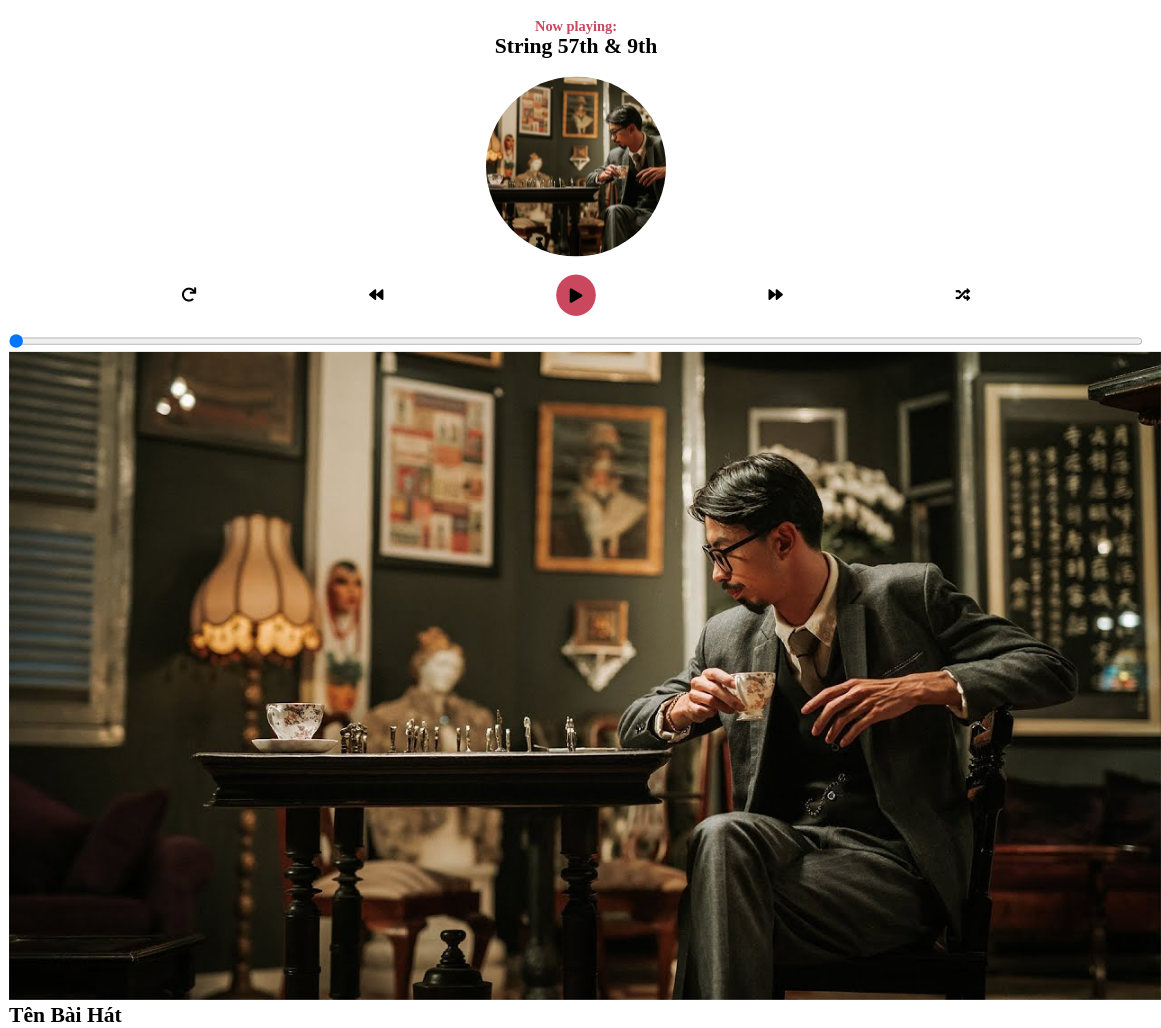
Repository: dovanthao2404/AppMusicPlayer
Page: index.html
These files come from the project's save history. The page is drawn as it stood at one moment and after the next save; the edit follows.
The browser window is 1280 px wide. The page is 1290 px wide, then 1280 px, so the pictures cover 1290 px, including what lies to the right of the window. The pictures show the whole page, at 90% of full size.

Above is the page before, as saved 2021-06-28 02:20:32.

### index.html
<!DOCTYPE html>
<html lang="en">

<head>
  <meta charset="UTF-8">
  <meta http-equiv="X-UA-Compatible" content="IE=edge">
  <meta name="viewport" content="width=device-width, initial-scale=1.0">
  <title>Music</title>
  <!-- FONTAWESOME -->
  <link rel="stylesheet" href="https://cdnjs.cloudflare.com/ajax/libs/font-awesome/5.15.3/css/all.min.css"
    integrity="sha512-iBBXm8fW90+nuLcSKlbmrPcLa0OT92xO1BIsZ+ywDWZCvqsWgccV3gFoRBv0z+8dLJgyAHIhR35VZc2oM/gI1w=="
    crossorigin="anonymous" referrerpolicy="no-referrer" />
  <!-- MAIN CSS -->
  <link rel="stylesheet" href="./css/app.css">
</head>

<body>
  <div class="player">
    <div class="dashboards">
      <!-- HEADER -->
      <header>
        <h4>Now playing:</h4>
        <h2>String 57th & 9th</h2>
      </header>

      <!-- CD -->
      <div id="cd" class="cd">
        <div class="thumb">
          <img src="./img/loinho.jpg" alt="">
        </div>
      </div>

      <!-- CONTROL -->
      <div class="controls" class="controls">
        <div class="btn btn-repeat">
          <i class="fa fa-redo"></i>
        </div>
        <div class="btn btn-prev">
          <i class="fa fa-backward"></i>
        </div>
        <div class="btn btn-toggle-play">
          <i class="fa fa-play"></i>
          <i class="fa fa-pause"></i>
        </div>
        <div class="btn btn-next">
          <i class="fa fa-forward"></i>
        </div>
        <div class="btn btn-random">
          <i class="fa fa-random"></i>
        </div>
      </div>

      <!-- PROGRESS -->
      <input id="progress" class="progress" value="0" step="1" min="0" max="100" type="range">

      <!-- AUDIO -->
      <audio id="audio" src=""></audio>

      <!-- PLAY LIST -->
      <div class="playlist">
        <div class="song">
          <img src="./img/loinho.jpg" alt="">
          <h2>Tên Bài Hát</h2>
        </div>
      </div>
    </div>
  </div>
  <script src="./js/app.js"></script>
</body>

</html>

### css/app.css
/* GLOBAL */
* {
  padding: 0;
  margin: 0;
  box-sizing: border-box;
}
/* PLAYER */
.dashboards {
  margin: 0 10px;
}
header {
  text-align: center;
  margin: 20px 0;
}
header h4 {
  color: rgb(202, 71, 93);
}
.cd {
  position: relative;
}
.thumb {
  width: 200px;
  height: 200px;
  position: absolute;
  top: 50%;
  left: 50%;
  transform: translate(-50%);
}
.thumb img {
  border-radius: 50%;
  width: 100%;
  height: 100%;
  object-fit: cover;
}
.controls {
  display: flex;
  justify-content: space-evenly;
  align-items: center;
  margin-top: 240px;
  margin-bottom: 20px;
}
.btn-toggle-play .fa {
  padding: 15px;
  border-radius: 50%;
  background-color: rgb(202, 71, 93);
}
.controls .fa-pause {
  display: none;
}
.progress {
  width: 100%;
}

Loaded but not shown: js/app.js (no stored copy; drawn as an empty file)

After the next save:
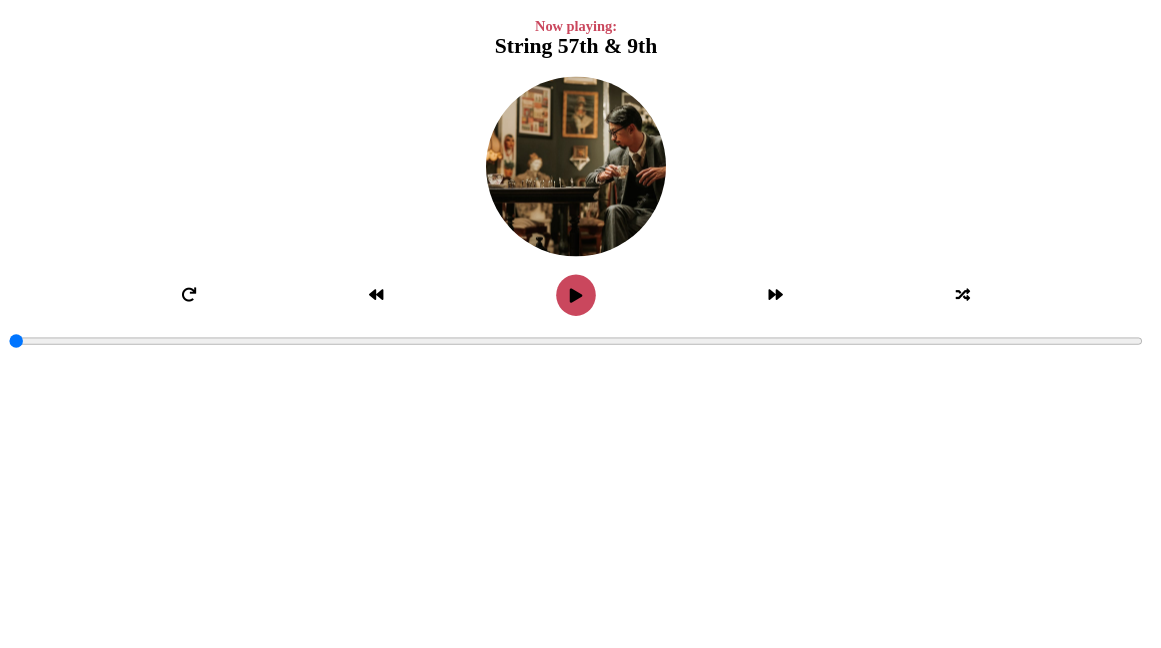
Saved 99 s later.
--- a/index.html
+++ b/index.html
@@ -59,8 +59,11 @@
       <!-- PLAY LIST -->
       <div class="playlist">
         <div class="song">
-          <img src="./img/loinho.jpg" alt="">
-          <h2>Tên Bài Hát</h2>
+          <div class="thumb"></div>
+          <div class="body">
+            <h3 class="title"></h3>
+            <p class="author"></p>
+          </div>
         </div>
       </div>
     </div>
